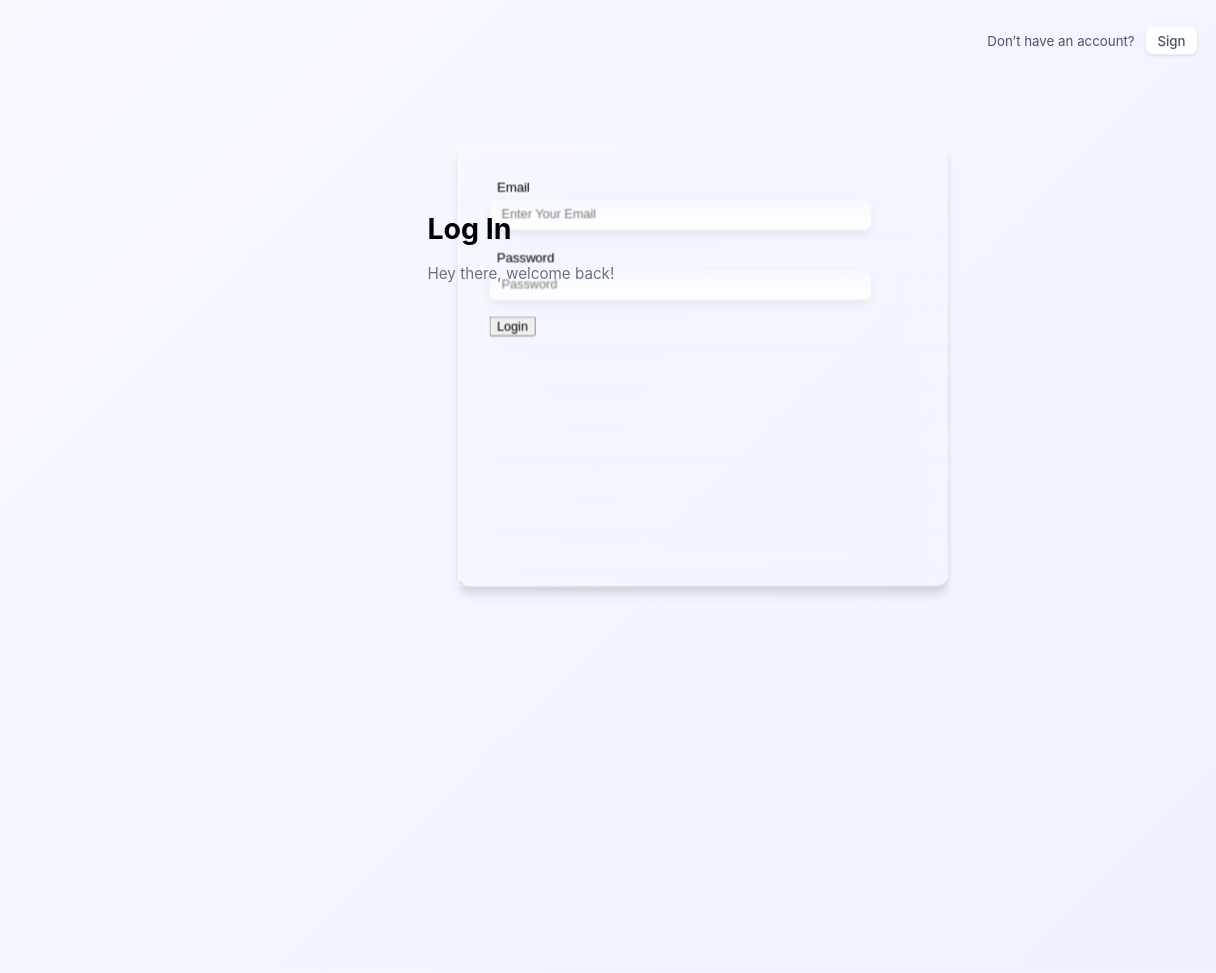
Repository: AfifaNoor/Admin_Panel-React-
Page: /
An editor plug-in stored every save of this project. The page is shown before and after the next save, followed by the edit.
The browser window is 1280 px wide. The pictures show the whole page, at 95% of full size.
The project was rebuilt for these pictures with package versions that can differ from the ones it lists, and the page was loaded fresh each time. Also part of the build but not shown: src/SignUp.jsx.

Above is the page before, as saved 2025-07-10 16:35:36.

### src/App.js
import React from 'react'
import LoginPage from './LoginPage'
import { RouterProvider } from 'react-router-dom'
import Router from './Router'

const App = () => {
  return (
    <>
      {/* <RouterProvider router={Router}/> */}
      <LoginPage/>
    </>


  )
}

export default App

### src/LoginPage.jsx
import React, { useState } from 'react'
// import {Navigate, useNavigate} from 'react-router-dom';
import "./LoginPage.css"
import { ToastContainer, toast } from 'react-toastify';
import 'react-toastify/dist/ReactToastify.css';

const LoginPage = () => {
    const[email , setEmail]=useState('')
    const [password , setPassword] = useState('')
    // const navigate= useNavigate();

const handleSubmit =(e)=>{
    e.preventDefault();

 const hardcoreMail="login@gmail.com";
 const hardcorePassword = '1234567'

    if (email=== hardcoreMail && password === hardcorePassword){
        alert("Login Successfull")

    }else{
        alert("Invalid Credential")
    }

}



  return (
 <div className="login-container">

      <div className="signup-redirect">
        <p>
          Don’t have an account?{' '}
          {/* <span className="signup-link" onClick={() => navigate('/sign-up')}> */}
            {/* Sign Up */}
          {/* </span> */}
          <span className="signup-link" >
            Sign
          </span>
        </p>
      </div>

      <div className="title">
        <h1>Log In</h1>
        <p>Hey there, welcome back!</p>
      </div>

    <div>



    </div>

      <form className="login-form" onSubmit={handleSubmit}>
      <label className='form-label'>Email</label>
        <input
          type="email"
          className="form-input"
          value={email}
          placeholder="Enter Your Email"
          onChange={(e) => setEmail(e.target.value)}
          required
        />

        <label className='form-label'>Password</label>
        <input
          type="password"
          className="form-input"
          placeholder="Password"
          value={password}
          onChange={(e) => setPassword(e.target.value)}
          required
        />

        <button className="login-btn" type="submit">
          Login
        </button>

        {/* <ToastContainer /> */}
      </form>
    </div>
  );
}

export default LoginPage

### src/Router.jsx
import React from 'react';
import { createBrowserRouter , createRoutesFromElements , Route } from 'react-router-dom';
import LoginPage from './LoginPage';
import SignUp from './SignUp';

const Router = createBrowserRouter(
  createRoutesFromElements(
    <>

      <Route path='/sign-up' element={<SignUp/>}/>
      <Route path='login-page' element={<LoginPage/>}/>
    </>
  )
)

export default Router;

### src/LoginPage.css
.login-container {
  width: 100%;
  height: 1024px;
  /* background: #FFFFFF; */
  opacity: 1;
  transform: rotate(0deg);
  display: flex;
  justify-content: center;
  align-items: center;
  background: linear-gradient(135deg, #f8f9ff, #eef2ff);
  flex-direction: column;
  /* font-family: 'Inter','sans-serif'; */
  position: relative;


}
.signup-redirect {
  position: absolute;
  top: 20px;
  right: 20px;
  font-size: 14px;
  color: #475569;
}

.signup-link {
  background: #ffffff;
  border-radius: 8px;
  padding: 6px 12px;
  margin-left: 8px;
  box-shadow: 0 2px 4px rgba(0,0,0,0.1);
  cursor: pointer;
  font-weight: 500;
  transition: all 0.3s ease;
}

.signup-link:hover {
  background: #f0f0f0;
}


.title{
  z-index: 3;
  width: 380px;
  height: 72px;
  opacity: 1;
  gap: 10px;
  padding: 10px;
  margin-bottom: 550px;
  /* box-shadow: 0 4px 12px rgba(0, 0, 0, 0.1); */

}
.login-wrapper {
  width: 100%;
  max-width: 400px;
  margin: 50px auto;  /* centers it vertically and horizontally */
  padding: 30px;
  background-color: #fff;
  border-radius: 12px;
  box-shadow: 0 4px 12px rgba(0, 0, 0, 0.1);
  text-align: center;  /* centers the text in the title */
}

.title h1 {
width: 380px;
height: 40px;
font-family: 'Inter', sans-serif;
font-weight: 600px;
font-size: 30px;
line-height: 40px;
letter-spacing: -1%;
margin-bottom: 8px;
}

.title p{
  font-size: 16px;
  font-style: Inter;
  font-weight: 400px;
  font-style:normal;
  line-height: 22px;
  letter-spacing: -1%;
  color: rgba(107, 114, 128, 1);
  margin-bottom: 24px;

}

.login-form{
  width: 450px;
  height: 400px;
  position: absolute;
  top: 150.5px;
  left: 482px;
  border-radius: 12px;
  padding: 32px;
  gap: 10px;
  opacity: 1;
  flex-direction: column;

  z-index: 2;

  background: linear-gradient(180deg, rgba(255, 255, 255, 0) -9.58%, rgba(255, 255, 255, 0.052) 100%);
  border: 1px solid transparent;
  border-image-source: linear-gradient(93.78deg, #FFFFFF 8.04%, rgba(255, 255, 255, 0) 100%);
  border-image-slice: 1;


-webkit-backdrop-filter: blur(20px);
backdrop-filter: blur(20px);

box-shadow:
  0px 10px 10px 0px rgba(0, 0, 0, 0.10),
  0px 4px 4px 0px rgba(0, 0, 0, 0.05),
  0px 1px 0px 0px rgba(0, 0, 0, 0.05),
  inset 0px 20px 50px 0px rgba(255, 255, 255, 0.15);

}

.form-label{
width: 380px;
height: 22px;
transform: rotate(0deg);
opacity: 1;
gap: 12px;
text-align: left;

font-family: 'Intern',sans-serif;
font-weight: 500px;
font-size: 14px;
line-height: 22px;
letter-spacing: -0.01em;

color:black;


border: none;
border-radius: 6px;
padding: 2px 8px;
cursor: pointer;
display: inline-flex;
/* align-items: left; */
justify-content: left;

}

.form-input{

 width: 380px;
  height: 20px;
  min-width: 140px;
  max-width: 500px;
  transform: rotate(0deg);
  opacity: 1;
  border-radius: 8px;
  border-width: 1px;
  padding: 5px 8px 5px 12px;
  gap: 8px;
  margin-bottom: 16px;

  background: linear-gradient(0deg, rgba(255, 255, 255, 0.9) 0%, rgba(255, 255, 255, 0.4) 100%);
  border: 1px solid transparent; /* fallback for border-image */

  border-image:
    linear-gradient(0deg, rgba(255, 255, 255, 0.1), rgba(255, 255, 255, 0.1)),
    linear-gradient(360deg, rgba(255, 255, 255, 0.5) 0%, rgba(255, 255, 255, 0) 100%);
  border-image-slice: 1;


  -webkit-backdrop-filter: blur(20px);
  backdrop-filter: blur(20px);
  box-shadow: 0 4px 10px rgba(0,0,0,0.08);
  cursor: pointer;
}

Loaded but not shown: public/index.html (common file); src/index.js (common file); src/index.css (common file); src/reportWebVitals.js (common file)

After the next save:
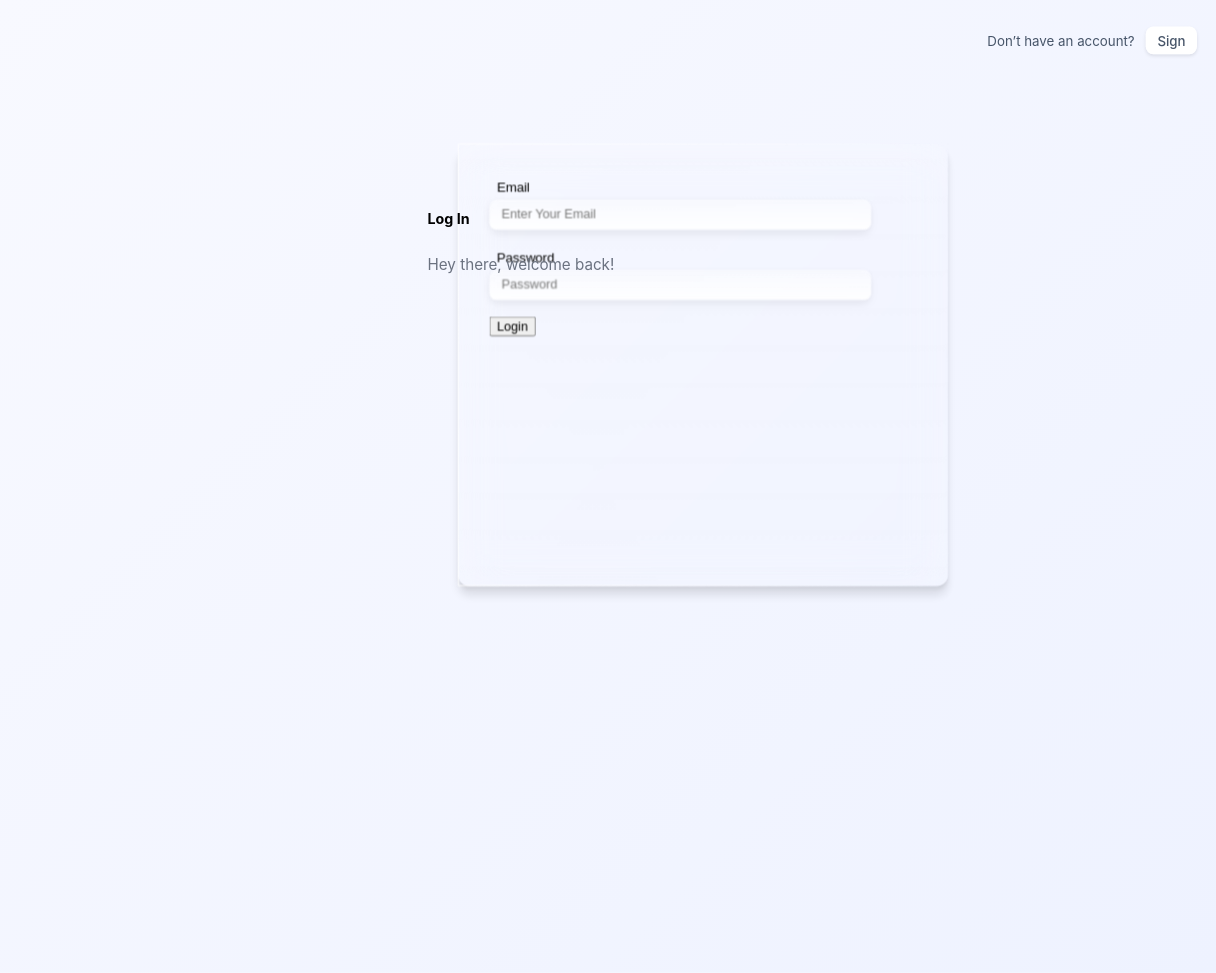
Saved 27 s later.
--- a/src/LoginPage.css
+++ b/src/LoginPage.css
@@ -49,23 +49,13 @@
   /* box-shadow: 0 4px 12px rgba(0, 0, 0, 0.1); */
 
 }
-.login-wrapper {
-  width: 100%;
-  max-width: 400px;
-  margin: 50px auto;  /* centers it vertically and horizontally */
-  padding: 30px;
-  background-color: #fff;
-  border-radius: 12px;
-  box-shadow: 0 4px 12px rgba(0, 0, 0, 0.1);
-  text-align: center;  /* centers the text in the title */
-}
 
 .title h1 {
 width: 380px;
 height: 40px;
 font-family: 'Inter', sans-serif;
 font-weight: 600px;
-font-size: 30px;
+font-size: 15px;
 line-height: 40px;
 letter-spacing: -1%;
 margin-bottom: 8px;
